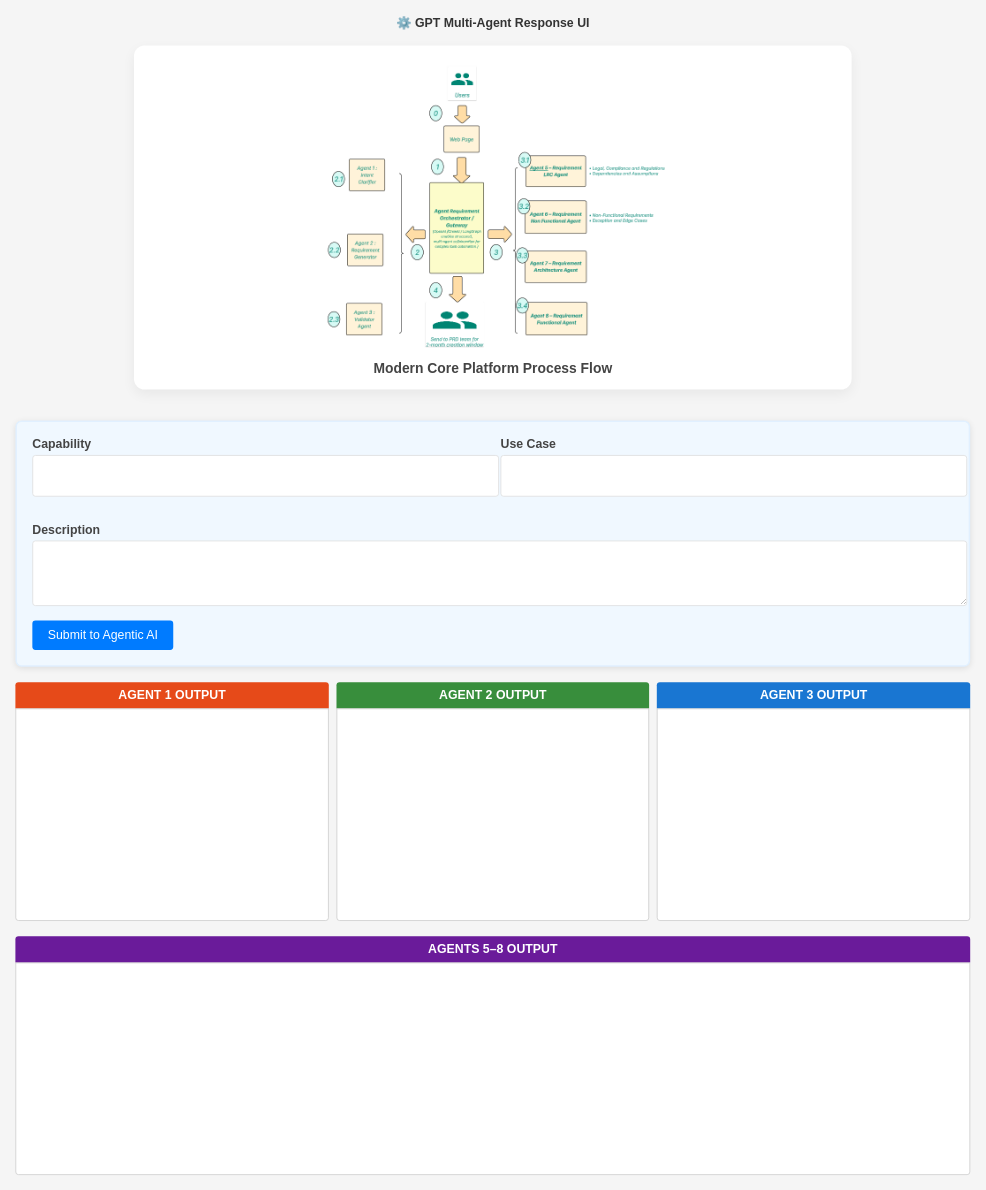
Repository: LukeEapen/leapfrog
Page: http://localhost/agenticAI
These files come from the project's save history. The page is drawn as it stood at one moment and after the next save; the edit follows.
The browser window is 1280 px wide. The pictures show the whole page, at 77% of full size.
The page is served by the project's application, run on Flask 3 (openai-app.py). Other server files are loaded and not shown.

Above is the page before, as saved 2025-05-13 09:19:28.

### templates/index-new.html
<!DOCTYPE html>
<html lang="en">
<head>
  <meta charset="UTF-8" />
  <meta name="viewport" content="width=device-width, initial-scale=1.0" />
  <title>Agentic AI Interface</title>
   <!-- Update marked.js CDN to latest version -->
  <script src="https://cdn.jsdelivr.net/npm/marked@12.0.0/marked.min.js"></script>
  <style>
    body {
      font-family: Arial, sans-serif;
      margin: 0;
      padding: 0;
      background: #f5f5f5;
    }
    .container {
      padding: 20px;
      max-width: 100%;
      margin: auto;
    }
    .input-container {
      background: #f0f8ff;  /* Light blue background */
      border: 2px solid #e1f0ff;
      border-radius: 8px;
      padding: 20px;
      margin-bottom: 20px;
      box-shadow: 0 2px 8px rgba(0,0,0,0.1);
    }
    .input-row {
      display: flex;
      gap: 20px;
      margin-bottom: 15px;
    }
    .input-col {
      flex: 1;
    }
    .input-block {
      margin-bottom: 15px;
    }
    .input-block label {
      display: block;
      margin-bottom: 5px;
      color: #444;
    }
    textarea {
      width: 100%;
      padding: 8px;
      font-size: 14px;
      line-height: 1.2;
      border: 1px solid #ddd;
      border-radius: 4px;
      background: white;  /* Ensure white background for textareas */
    }
    .single-line-input {
      resize: none;
      height: 36px;
      overflow: hidden;
    }
    button {
      background: #007bff;
      color: white;
      padding: 10px 20px;
      border: none;
      border-radius: 4px;
      cursor: pointer;
      font-size: 16px;
      transition: background 0.2s;
    }
    button:hover {
      background: #0056b3;
    }
    .agent-row {
      display: flex;
      gap: 10px;
      margin-top: 20px;
    }
    .agent-col {
      flex: 1;
      display: flex;
      flex-direction: column;
    }
    .agent-header {
      background: #e64a19;
      color: white;
      padding: 8px;
      font-weight: bold;
      text-align: center;
      border-radius: 4px 4px 0 0;
    }
    .agent-response {
      background: #fff;
      padding: 12px;
      border: 1px solid #ccc;
      min-height: 250px;
      overflow-x: auto;
      white-space: pre-wrap;
      word-wrap: break-word;
      font-family: Consolas, monospace;
      font-size: 13.5px;
      border-radius: 0 0 4px 4px;
    }
    .agent-subtable table {
      border-collapse: collapse;
      width: 100%;
      margin-top: 10px;
      background: #fafafa;
    }
    .agent-subtable th,
    .agent-subtable td {
      border: 1px solid #ccc;
      padding: 8px;
      text-align: left;
    }
    .agent-subtable th {
      background-color: #c62828;
      color: white;
      font-weight: bold;
    }
    .hero-image-container {
      margin: 20px auto;
      max-width: 900px;
      text-align: center;
      border-radius: 14px;
      overflow: hidden;
      box-shadow: 0 6px 16px rgba(0,0,0,0.06);
      background: white;
      padding: 16px;
    }
    .hero-image {
      width: 100%;
      height: auto;
      max-height: 380px;
      object-fit: contain;
      border-radius: 10px;
    }
    .hero-caption {
      font-weight: 600;
      font-size: 18px;
      color: #444;
      margin-top: 10px;
    }
    .page-title {
      text-align: center;
      margin: 20px 0;
      color: #333;
    }
  </style>
</head>
<body>
  <header>
    <h4 class="page-title">⚙️ GPT Multi-Agent Response UI</h4>
    <div class="hero-image-container">
      <img src="{{ url_for('static', filename='processflow.png') }}" alt="Process Flow" class="hero-image">
      <div class="hero-caption">Modern Core Platform Process Flow</div>
    </div>
  </header>

  <div class="container">
    <div class="input-container">
      <div class="input-row">
        <div class="input-col">
          <div class="input-block">
            <label><strong>Capability</strong></label>
            <textarea id="capability" class="single-line-input"></textarea>
          </div>
        </div>
        <div class="input-col">
          <div class="input-block">
            <label><strong>Use Case</strong></label>
            <textarea id="useCase" class="single-line-input"></textarea>
          </div>
        </div>
      </div>

      <div class="input-block">
        <label><strong>Description</strong></label>
        <textarea id="description" rows="4"></textarea>
      </div>

      <button onclick="buildPrompt()">Submit to Agentic AI</button>
    </div>

    <div class="agent-row">
      <div class="agent-col">
        <div class="agent-header">AGENT 1 OUTPUT</div>
        <div id="agent1" class="agent-response"></div>
      </div>
      <div class="agent-col">
        <div class="agent-header" style="background:#388e3c;">AGENT 2 OUTPUT</div>
        <div id="agent2" class="agent-response"></div>
      </div>
      <div class="agent-col">
        <div class="agent-header" style="background:#1976d2;">AGENT 3 OUTPUT</div>
        <div id="agent3" class="agent-response"></div>
      </div>
    </div>

    <div style="margin-top: 20px;">
      <div class="agent-header" style="background:#6a1b9a;">AGENTS 5–8 OUTPUT</div>
      <div id="agent4" class="agent-response"></div>
    </div>
  </div>

  <script>
    function formatAgentOutput(raw) {
      const html = marked.parse(raw || "");
      return html.replace(/<table>/g, '<div class="agent-subtable"><table>')
                 .replace(/<\/table>/g, '</table></div>');
    }

    async function buildPrompt() {
      const capability = document.getElementById("capability").value;
      const useCase = document.getElementById("useCase").value;
      const description = document.getElementById("description").value;
      const prompt = `Capability = '${capability}', Use Case = '${useCase}', Description = '${description}'`;

      try {
        const response = await fetch("/api/query_agents", {
          method: "POST",
          headers: { "Content-Type": "application/json" },
          body: JSON.stringify({ question: prompt }),
        });

        const data = await response.json();
        document.getElementById("agent1").innerHTML = formatAgentOutput(data.agent_1);
        document.getElementById("agent2").innerHTML = formatAgentOutput(data.agent_2);
        document.getElementById("agent3").innerHTML = formatAgentOutput(data.agent_3);
        document.getElementById("agent4").innerHTML = formatAgentOutput(data.agent_4);
      } catch (error) {
        console.error("Error:", error);
      }
    }
  </script>
</body>
</html>

### openai-app.py
import openai
from flask import Flask, request, jsonify, render_template
import time
import logging
import os
import sys
import codecs
from dotenv import load_dotenv

if sys.platform.startswith('win'):
    sys.stdout = codecs.getwriter('utf-8')(sys.stdout.buffer, 'strict')
    sys.stderr = codecs.getwriter('utf-8')(sys.stderr.buffer, 'strict')

logging.basicConfig(
    level=logging.INFO,
    format='%(asctime)s - %(levelname)s - %(message)s',
    handlers=[
        logging.StreamHandler(sys.stdout),
        logging.FileHandler('agent_responses.log', encoding='utf-8')
    ]
)

app = Flask(__name__)

load_dotenv()
openai.api_key = os.getenv("OPENAI_API_KEY")

ASSISTANTS = {
    'agent_1': ("asst_EvIwemZYiG4cCmYc7GnTZoQZ", "Prompt Structuring Agent"),
    'agent_2': ("asst_EkihtJQe9qFiztRdRXPhiy2G", "Requirements Generator"),
    'agent_3': ("asst_Si7JAfL2Ov80wvcly6GKLJcN", "Validator Agent"),
    'agent_5': ("asst_r29PjUzVwfd6XiiYH3ueV41P", "Legal & Compliance Analyst"),
    'agent_6': ("asst_WG96Jp4VMrLJfUE4RMkGFMjf", "NFR Specialist"),
    'agent_7': ("asst_VWzoRLWbeZJS8I2IwtOcsLMp", "Platform Architect"),
    'agent_8': ("asst_sufR6Spw8EBDDoAzqQJN9iJt", "Requirement Functional - Legacy Parity Agent")
}

def call_agent(assistant_id: str, message: str, agent_name: str):
    start_time = time.time()
    logging.info(f"[START] {agent_name} (ID: {assistant_id})")

    try:
        thread = openai.beta.threads.create()
        openai.beta.threads.messages.create(
            thread_id=thread.id,
            role="user",
            content=message
        )

        run = openai.beta.threads.runs.create(
            thread_id=thread.id,
            assistant_id=assistant_id
        )

        while True:
            status = openai.beta.threads.runs.retrieve(
                thread_id=thread.id,
                run_id=run.id
            )
            if status.status == "completed":
                break
            elif status.status == "failed":
                raise Exception(f"Run failed for {agent_name}")
            time.sleep(1)

        messages = openai.beta.threads.messages.list(thread_id=thread.id)
        response = messages.data[0].content[0].text.value
        elapsed = time.time() - start_time

        logging.info(f"[{agent_name}] completed in {elapsed:.2f}s")
        return response

    except Exception as e:
        logging.error(f"[ERROR] {agent_name}: {str(e)}")
        return f"[ERROR] {str(e)}"

@app.route('/api/agent_1', methods=['POST'])
def run_agent_1():
    question = request.json.get('question', '').strip()
    output = call_agent(ASSISTANTS['agent_1'][0], question, ASSISTANTS['agent_1'][1])
    return jsonify({'output': output})

@app.route('/api/agent_2', methods=['POST'])
def run_agent_2():
    input_text = request.json.get('input', '').strip()
    output = call_agent(ASSISTANTS['agent_2'][0], input_text, ASSISTANTS['agent_2'][1])
    return jsonify({'output': output})

@app.route('/api/agent_3', methods=['POST'])
def run_agent_3():
    input_text = request.json.get('input', '').strip()
    output = call_agent(ASSISTANTS['agent_3'][0], input_text, ASSISTANTS['agent_3'][1])
    return jsonify({'output': output})

@app.route('/api/agent_4', methods=['POST'])
def run_agent_4():
    input_text = request.json.get('input', '').strip()
    results = {}
    for agent_key in ['agent_5', 'agent_6', 'agent_7', 'agent_8']:
        assistant_id, name = ASSISTANTS[agent_key]
        results[agent_key] = f"**{name}**\n" + call_agent(assistant_id, input_text, name)
    return jsonify({'output': "\n\n".join(results.values())})

@app.route('/agenticAI')
def index():
    return render_template('index-new.html')

if __name__ == '__main__':
    port = int(os.environ.get("PORT", 5000))
    app.run(host="0.0.0.0", port=port)

### templates/index-openai.html
<!DOCTYPE html>
<html lang="en">
<head>
    <meta charset="UTF-8">
    <title>Agentic AI - Stepwise Approval</title>
    <style>
        body {
            font-family: Arial, sans-serif;
            margin: 20px;
            background-color: #f4f4f4;
        }
        textarea {
            width: 100%;
            height: 80px;
            margin-bottom: 10px;
        }
        button {
            padding: 8px 16px;
            margin: 5px;
            font-size: 14px;
        }
        .step {
            margin-bottom: 20px;
            padding: 10px;
            background-color: #fff;
            border-radius: 5px;
            box-shadow: 0 0 5px rgba(0,0,0,0.1);
        }
        .step h3 {
            margin-top: 0;
        }
        .readonly {
            background-color: #eee;
        }
    </style>
</head>
<body>
    <h2>Agentic AI Orchestrator (Stepwise Approval)</h2>

    <div class="step">
        <h3>Step 1: User Question</h3>
        <textarea id="question" placeholder="Enter your capability, use case, and description..."></textarea>
        <button onclick="runAgent1()">Submit to Agent 1</button>
    </div>

    <div class="step">
        <h3>Agent 1 Output (Intent Clarifier)</h3>
        <textarea id="agent1_output" class="readonly" readonly></textarea>
        <button onclick="runAgent2()" id="approve1" disabled>Approve & Run Agent 2</button>
    </div>

    <div class="step">
        <h3>Agent 2 Output (Requirement Generator)</h3>
        <textarea id="agent2_output" class="readonly" readonly></textarea>
        <button onclick="runAgent3()" id="approve2" disabled>Approve & Run Agent 3</button>
    </div>

    <div class="step">
        <h3>Agent 3 Output (Validator)</h3>
        <textarea id="agent3_output" class="readonly" readonly></textarea>
        <button onclick="runAgent4()" id="approve3" disabled>Approve & Run Agents 5–8</button>
    </div>

    <div class="step">
        <h3>Agent 4 Output (LRC, NFR, Architecture, Functional)</h3>
        <textarea id="agent4_output" class="readonly" readonly></textarea>
    </div>

    <script>
        async function runAgent1() {
            const question = document.getElementById("question").value;
            const res = await fetch('/api/agent_1', {
                method: 'POST',
                headers: { 'Content-Type': 'application/json' },
                body: JSON.stringify({ question })
            });
            const data = await res.json();
            document.getElementById("agent1_output").value = data.output;
            document.getElementById("approve1").disabled = false;
        }

        async function runAgent2() {
            const input = document.getElementById("agent1_output").value;
            const res = await fetch('/api/agent_2', {
                method: 'POST',
                headers: { 'Content-Type': 'application/json' },
                body: JSON.stringify({ input })
            });
            const data = await res.json();
            document.getElementById("agent2_output").value = data.output;
            document.getElementById("approve2").disabled = false;
        }

        async function runAgent3() {
            const input = document.getElementById("agent2_output").value;
            const res = await fetch('/api/agent_3', {
                method: 'POST',
                headers: { 'Content-Type': 'application/json' },
                body: JSON.stringify({ input })
            });
            const data = await res.json();
            document.getElementById("agent3_output").value = data.output;
            document.getElementById("approve3").disabled = false;
        }

        async function runAgent4() {
            const input = document.getElementById("agent2_output").value;
            const res = await fetch('/api/agent_4', {
                method: 'POST',
                headers: { 'Content-Type': 'application/json' },
                body: JSON.stringify({ input })
            });
            const data = await res.json();
            document.getElementById("agent4_output").value = data.output;
        }
    </script>
</body>
</html>

After the next save:
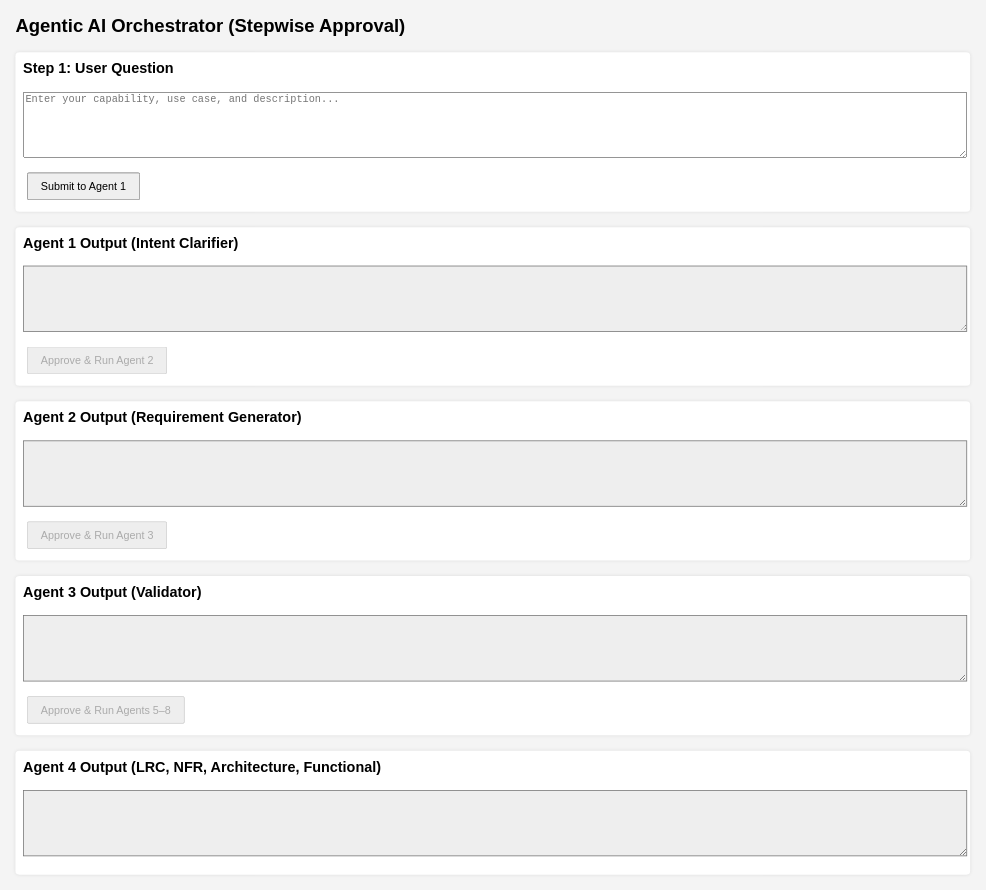
Saved 5 min 45 s later.
--- a/openai-app.py
+++ b/openai-app.py
@@ -103,7 +103,7 @@
 
 @app.route('/agenticAI')
 def index():
-    return render_template('index-new.html')
+    return render_template('index-openai.html')
 
 if __name__ == '__main__':
     port = int(os.environ.get("PORT", 5000))
